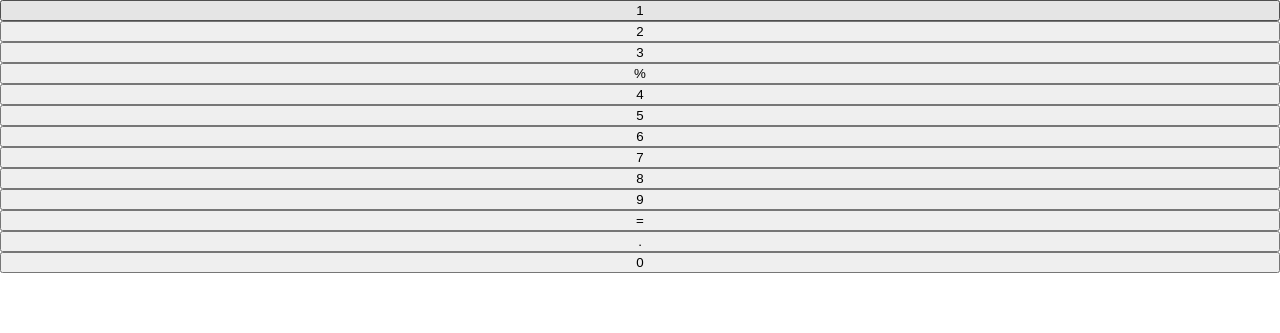
Repository: hoangphuong965/calculator_react
Page: /
An editor plug-in stored every save of this project. The page is shown before and after a run of saves, followed by the edit.
The browser window is 1280 px wide. The pictures show the whole page.
The project was rebuilt for these pictures with package versions that can differ from the ones it lists, and the page was loaded fresh each time.

Above is the page before, as saved 2020-08-04 08:01:07.

### src/App.js
import React from "react";
import "./App.css";
import Key from "./component/Key";

function App() {
  return <div className="App">
    <Key />
  </div>;
}

export default App;

### src/App.css
.App {
  text-align: center;
}

.App-logo {
  height: 40vmin;
  pointer-events: none;
}

@media (prefers-reduced-motion: no-preference) {
  .App-logo {
    animation: App-logo-spin infinite 20s linear;
  }
}

.App-header {
  background-color: #282c34;
  min-height: 100vh;
  display: flex;
  flex-direction: column;
  align-items: center;
  justify-content: center;
  font-size: calc(10px + 2vmin);
  color: white;
}

.App-link {
  color: #61dafb;
}

@keyframes App-logo-spin {
  from {
    transform: rotate(0deg);
  }
  to {
    transform: rotate(360deg);
  }
}



.key-number{
  display: grid;
  grid-template-columns: ;
}

### src/component/Key.js
import React from "react";

function Key() {
  return (
    <div className="key">
      <div className="key-controls"></div>
      <div className="key-number">
        <button className="data-key">1</button>
        <button className="data-key">2</button>
        <button className="data-key">3</button>
        <button className="data-key">%</button>
        <button className="data-key">4</button>
        <button className="data-key">5</button>
        <button className="data-key">6</button>
        <button className="data-key">7</button>
        <button className="data-key">8</button>
        <button className="data-key">9</button>
        <button className="data-key">=</button>
        <button className="data-key">.</button>
        <button className="data-key">0</button>
      </div>
    </div>
  );
}

export default Key;

Loaded but not shown: public/index.html (common file); src/index.js (common file); src/index.css (common file); src/serviceWorker.js (common file)

After the next 5 saves:
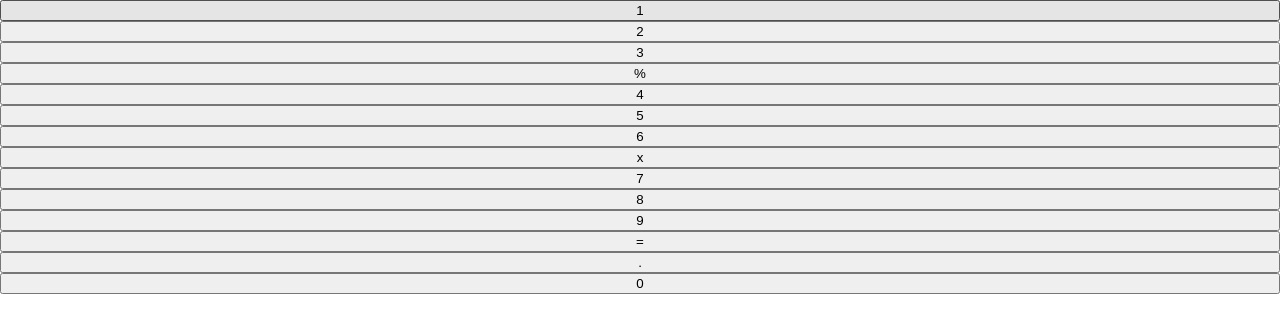
The 5 saves are shown as one change because they came seconds apart.
The last was saved 13 s later.
--- a/src/component/Key.js
+++ b/src/component/Key.js
@@ -12,6 +12,7 @@ function Key() {
         <button className="data-key">4</button>
         <button className="data-key">5</button>
         <button className="data-key">6</button>
+        <button className="data-key">x</button>
         <button className="data-key">7</button>
         <button className="data-key">8</button>
         <button className="data-key">9</button>
